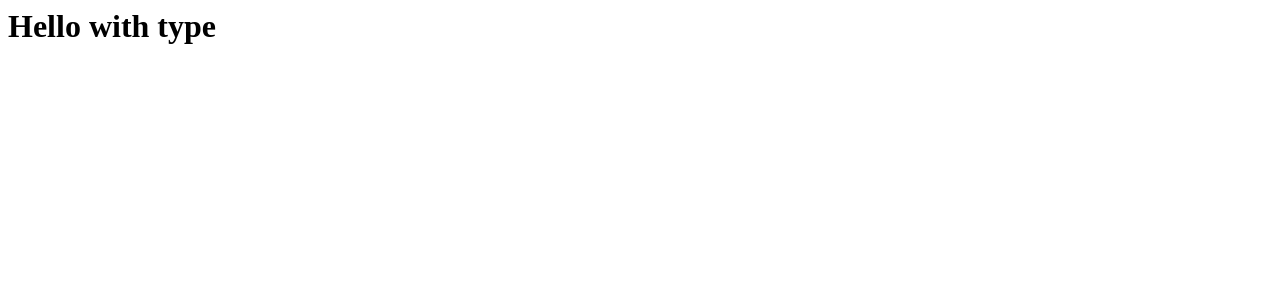
Repository: LuongPTCE181311/learning_typeScript_topic_1
Page: TypeScripts_hoidanit/index.html
These files come from the project's save history. The page is drawn as it stood at one moment and after a run of saves; the edit follows.
The browser window is 1280 px wide. The pictures show the whole page.

Above is the page before, as saved 2025-12-09 15:34:48.

### TypeScripts_hoidanit/index.html
<html lang="en">
<head>
    <meta charset="UTF-8">
    <meta name="viewport" content="width=device-width, initial-scale=1.0">
    <title>Document</title>
</head>
<body>
    <h1>Hello with type</h1>
</body>
</html>

After the next 2 saves:
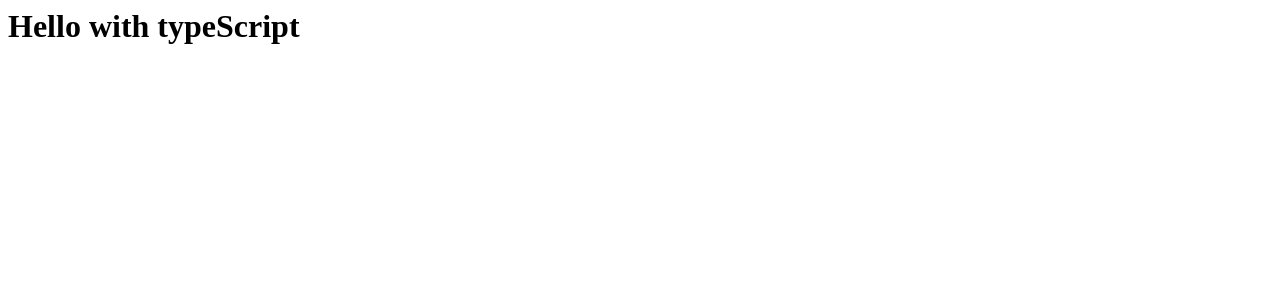
The 2 saves are shown as one change because they came seconds apart.
The last was saved 6 s later.
--- a/TypeScripts_hoidanit/index.html
+++ b/TypeScripts_hoidanit/index.html
@@ -5,6 +5,6 @@
     <title>Document</title>
 </head>
 <body>
-    <h1>Hello with type</h1>
+    <h1>Hello with typeScript</h1>
 </body>
 </html>
